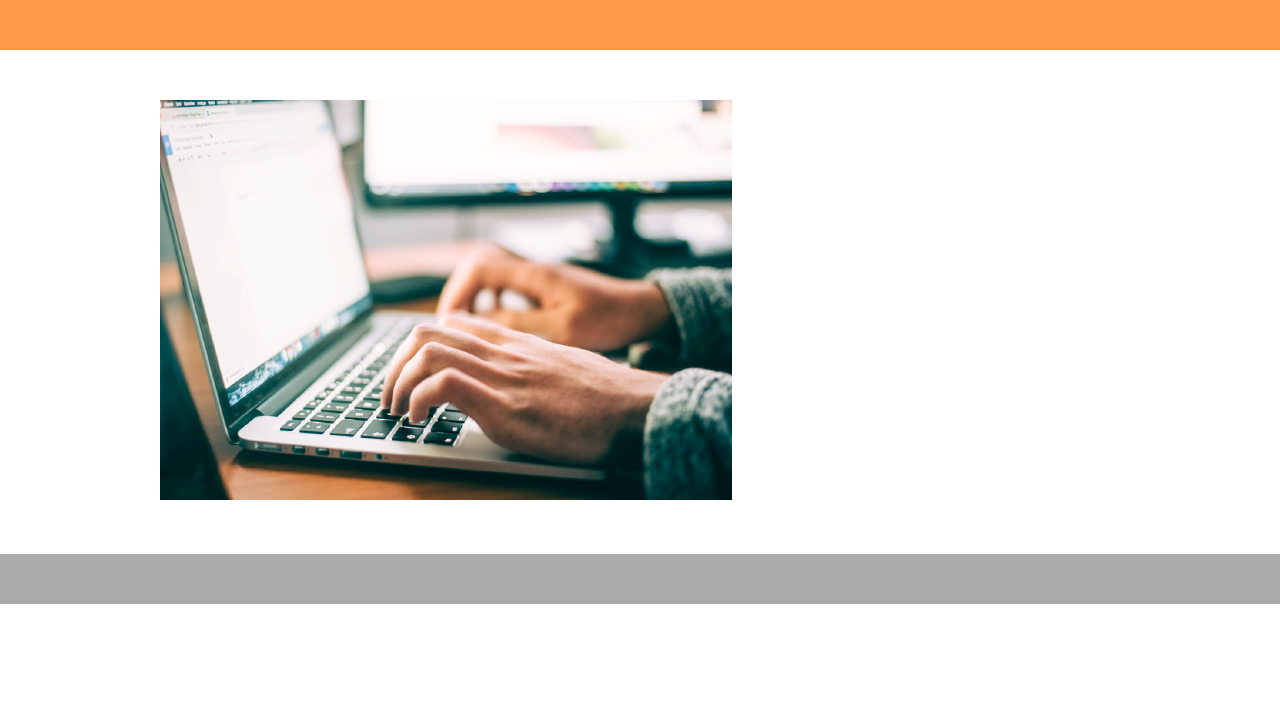
Repository: atsuyan-i/git-practice2
Page: chapter/chapter9.html
The author's editor kept a record of every edit. The page is drawn from the files as they stood at one moment, then again after the next edit.
The browser window is 1280 px wide. The pictures show the whole page.

Above is the page before.

After the next edit:
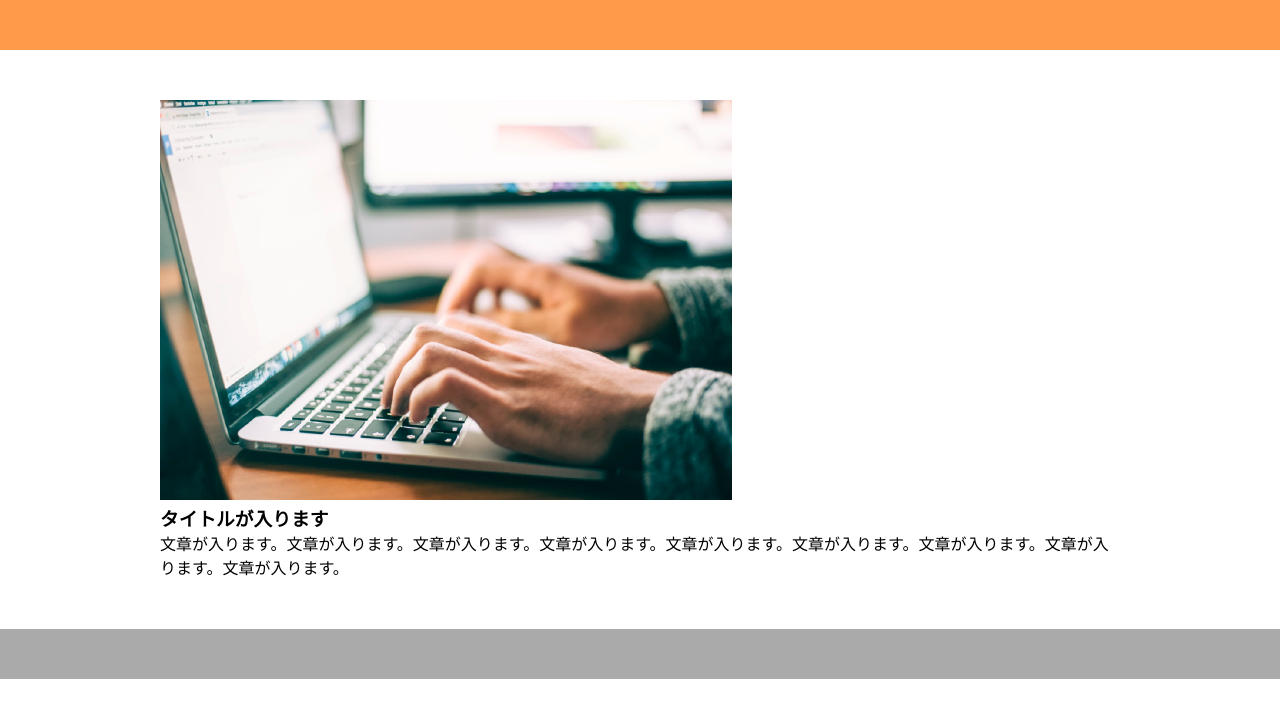
The edit:
--- a/chapter/chapter9.html
+++ b/chapter/chapter9.html
@@ -13,9 +13,11 @@
             <img class="step1-image" src="img/flow01.png">
             <section class="step1-text">
               <h3>
+                タイトルが入ります
+              </h3>
+              <p>文章が入ります。文章が入ります。文章が入ります。文章が入ります。文章が入ります。文章が入ります。文章が入ります。文章が入ります。文章が入ります。</p>
 
-              </h3>
-          </div>
+              </div>
           </section>
       </div>
     </main>
